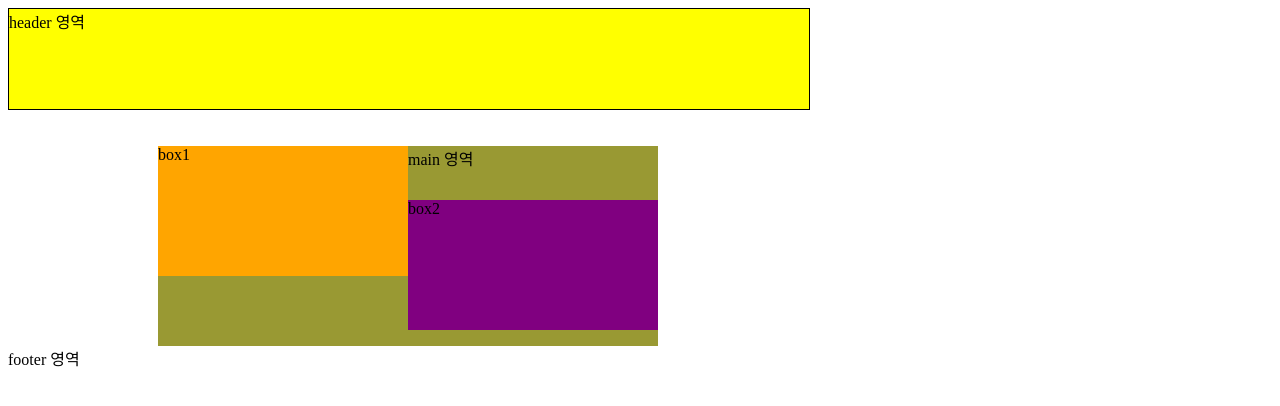
Repository: Seokho96/CSSPractice
Page: css/work01/WebContent/index02.html
These files come from the project's save history. The page is drawn as it stood at one moment and after the next save; the edit follows.
The browser window is 1280 px wide. The pictures show the whole page.

Above is the page before, as saved 2020-07-13 06:32:30.

After the next save:
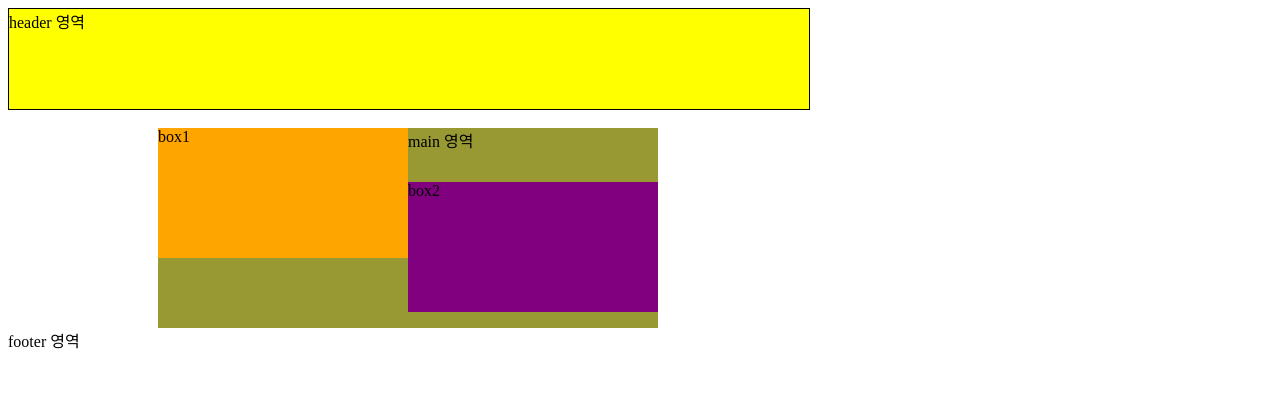
Saved 23 s later.
--- a/css/work01/WebContent/index02.html
+++ b/css/work01/WebContent/index02.html
@@ -36,7 +36,7 @@
 </head>
 <body>
 
-<div id="header" >header 영역</div><br><br>
+<div id="header" >header 영역</div><br>
 
 
 <div id="main">main 영역
